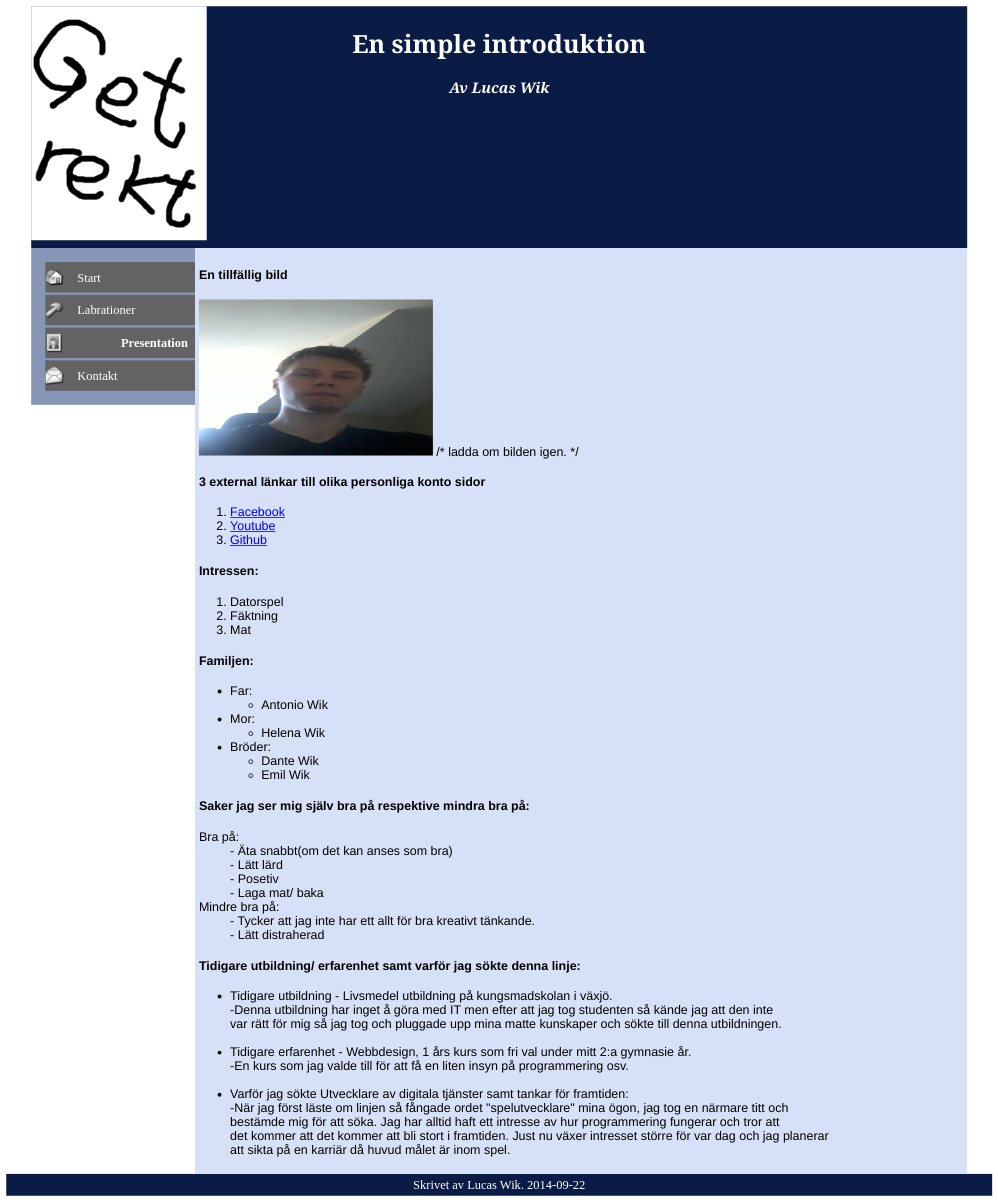
Repository: lw222gz/1ik415-laborationer
Page: Pages/presentation.html
The author's editor kept a record of every edit. The page is drawn from the files as they stood at one moment, then again after the next edit.
The browser window is 1280 px wide. The pictures show the whole page, at 78% of full size.

Above is the page before.

### Pages/presentation.html
<!doctype html>
<html lang="sv">
    <head>
        <meta charset="utf-8" />
        <link rel="stylesheet" media="print" href="../Css/print.css" />
        <link rel="stylesheet" media="only screen and (max-device-width: 480px)" href="../Css/Phone.css" />
        <link rel="stylesheet" href="../Css/Style.css" />

        <title>presentation</title>
    </head>
<body>
<div id="container">

<div id="header">
    <h1>En simple introduktion</h1>
    <h3>Av Lucas Wik</h3>
</div>

<div id="navigator">
<ul>
    <li><a id="Start-icon" href="../index.html">Start</a></li>
    <li><a id="Labrationer-icon" href="labrationer.html">Labrationer</a></li>
    <li class="active"><a id="Presentation-icon" href="presentation.html">Presentation</a></li>
    <li><a id="Kontakt-icon" href="kontakt.html">Kontakt</a></li>
</ul>
</div>

<div id="content">
    <h4>En tillfällig bild</h4>
    <a id="bild"></a><img src="../Css/Pics/selfie.jpg" style="width:300px;height:200px" alt="En bild på mig själv." /> /* ladda om bilden igen. */


<h4>3 external länkar till olika personliga konto sidor</h4>
<ol>
    <li><a href="https://www.facebook.com/profile.php?id=100005131395686">Facebook</a></li>
    <li><a href="https://www.youtube.com/user/Wowachihunter">Youtube</a></li>
    <li><a href="https://github.com/lw222gz">Github</a></li>
</ol>


<h4>Intressen:</h4>
<!--Vill gärna dra upp listan en rad upp, tycker avståndet är lite långt ifrån varandra, gäller för alla listor.-->
<ol>
    <li>Datorspel</li>
    <li>Fäktning</li>
    <li>Mat</li>
</ol>


<p></p>


<h4>Familjen:</h4>
<ul>
    <li>Far:
        <ul>
            <li>Antonio Wik</li>
        </ul>
    </li>
    <li>Mor:
        <ul>
            <li>Helena Wik</li>
        </ul>
    </li>
    <li>Bröder:
        <ul>
            <li>Dante Wik</li>
            <li>Emil Wik</li>
        </ul>
    </li>
</ul>





<h4>Saker jag ser mig själv bra på respektive mindra bra på:</h4>
<dl>
    <dt>Bra på:</dt>
        <dd>- Äta snabbt(om det kan anses som bra)</dd>
        <dd>- Lätt lärd</dd>
        <dd>- Posetiv</dd>
        <dd>- Laga mat/ baka</dd>



    <dt>Mindre bra på:</dt>
        <dd>- Tycker att jag inte har ett allt för bra kreativt tänkande.</dd>
        <dd>- Lätt distraherad</dd>

</dl>





<h4>Tidigare utbildning/ erfarenhet samt varför jag sökte denna linje:</h4>
<ul>
    <li>Tidigare utbildning - Livsmedel utbildning på kungsmadskolan i växjö.<br />
        -Denna utbildning har inget å göra med IT men efter att jag tog studenten så kände jag att den inte <br />
        var rätt för mig så jag tog och pluggade upp mina matte kunskaper och sökte till denna utbildningen. <br /><br />
    </li>



    <li>Tidigare erfarenhet - Webbdesign, 1 års kurs som fri val under mitt 2:a gymnasie år. <br />
        -En kurs som jag valde till för att få en liten insyn på programmering osv. <br /><br />
    </li>



    <li>Varför jag sökte Utvecklare av digitala tjänster samt tankar för framtiden: <br />
        -När jag först läste om linjen så fångade ordet "spelutvecklare" mina ögon, jag tog en närmare titt och <br />
        bestämde mig för att söka. Jag har alltid haft ett intresse av hur programmering fungerar och tror att <br />
        det kommer att det kommer att bli stort i framtiden. Just nu växer intresset större för var dag och jag planerar <br />
        att sikta på en karriär då huvud målet är inom spel.
    </li>
</ul>
</div>
</div>
<div id="footer">
    Skrivet av Lucas Wik. 2014-09-22
</div>
</body>
</html>

### Css/Style.css
#header {
        background-color:#0A1C46;
        color:white;
        height:300px;
        text-align:center;
        padding:5px;
        font-family:georgia;

        background-image:url(Pics/get%20rekt.png);
        background-position:top left;
        background-repeat: no-repeat;
        background-size:225px 300px;
        }

#navigator
        {

        float:left;
        width:200px;
        height:auto;
        background-color:#8795B6;
        color:black;
        padding:5px;
        }

#navigator a
        {
        text-indent:30px;
        background-image:url(Pics/sprite.png);
        background-repeat:no-repeat;
        }

#container
        {
        width:1200px;
        background-color:#304474;
        margin:0 auto;
        }

#content
        {
        float:right;
        margin:0px;
        width:980px;
        text-align:left;
        background-color:#D6E0F7;
        padding:5px;
        font-family: helvetica;
        }

#footer
        {
        clear:both;
        text-align:center;
        background-color:#0A1C46;
        color:white;
        padding:5px;
        }

#horizontal
        {
        height:1px;
        width:100%;
        margin-top:5px;
        margin-bottom:5px;
        background-color:#3D3D56;
        }


#navigator ul
        {
                margin:5px;
                padding:5px;
                width:200px;
                list-style-type:none;
        }

#navigator ul li a
        {
                text-decoration:none;
                color:white;
                margin:3px;
                padding:10.5px 11px;
                background-color:#636363;
                display:block;
        }

#navigator ul li a:visited
        {
                color:#0944CA;
        }

#navigator ul li a:hover, navigator ul li .current
        {
                 color:white;
                 background-color:#1C1D1F;
        }

#Start-icon { background-position:0 -40px; }

#Start-icon:hover { background-position:0 8px; }

#Labrationer-icon { background-position:0px -136px; }

#Labrationer-icon:hover { background-position:0px -88px; }

#Presentation-icon { background-position:0px -232px; }

#Presentation-icon:hover { background-position:0px -184px; }

#Kontakt-icon { background-position:0px -328px; }

#Kontakt-icon:hover { background-position:0px -280px; }


.active
{
     font-weight:bold;
     text-align:right;
}

.bild
{
        background-image:url(Pics/kugghjul.png);
        background-repeat: no-repeat;
        background-position:top left;
        background-size:25px 25px;
        text-indent:40px;
}

.right { float:right; }

h2
{
        font-style:italic;
        text-decoration:underline;
}

h3 { font-style:oblique; }

fieldset { width:300px; }

### Css/print.css
@media print {

    #navigator, #footer { display:none; }

    video { display:none; }

    a:link:after, a:visited:after { content:" [" attr(href) "] "; }
    a:link { font-weight: bold; text-decoration: underline; color: #06c; }

    body
    {
    background: white;
    line-height: 1.2;
    word-spacing: 1px;
    }

    #content { background: transparent; }

    .right
    {
        position:relative;
        top:500px;
        right: 150px;
    }

     .notshow { display:none; }
}

Loaded but not shown: Css/Phone.css (no copy from this time; the picture is the same without it)

After the next edit:
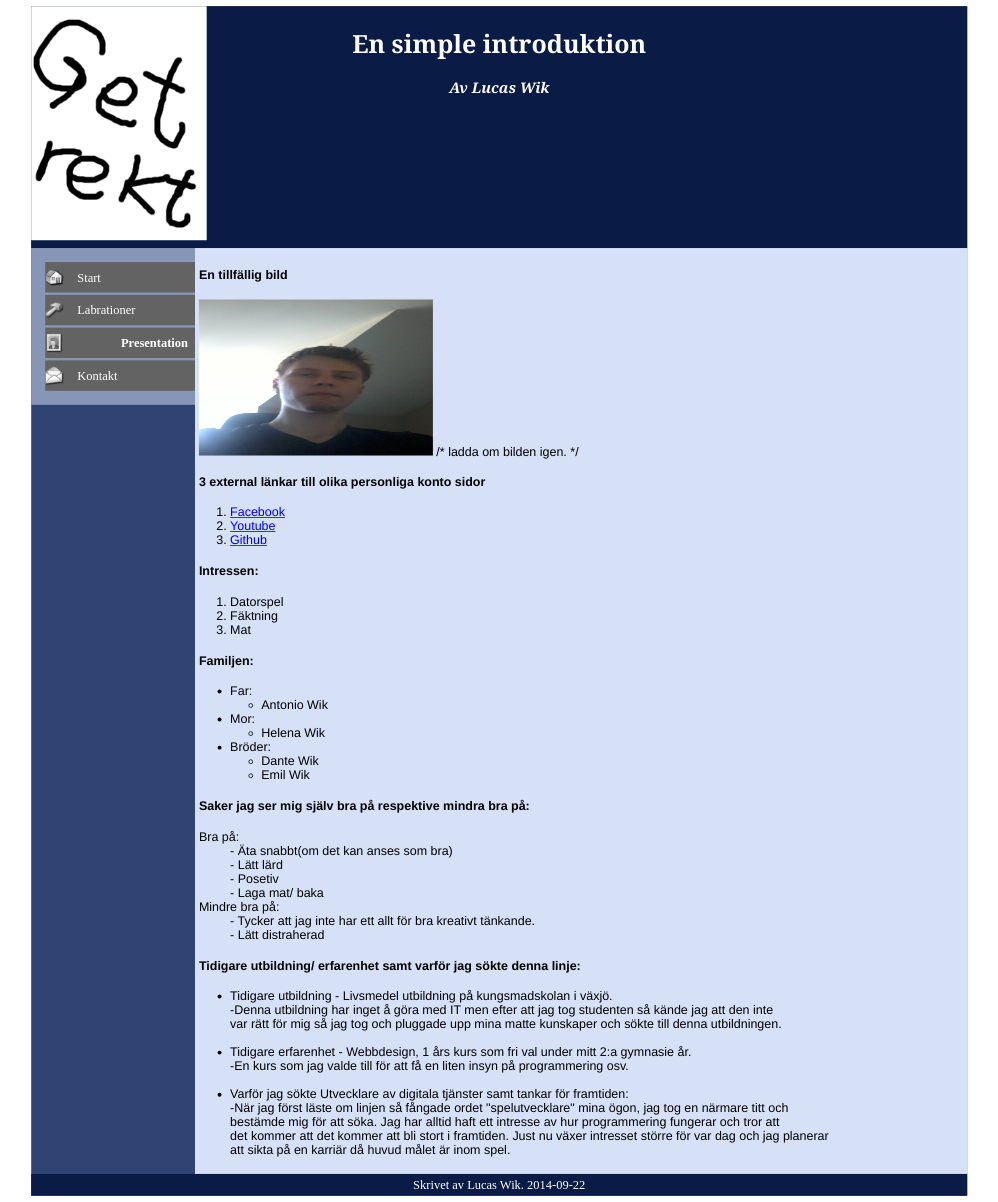
The edit:
--- a/Pages/presentation.html
+++ b/Pages/presentation.html
@@ -117,9 +117,10 @@
     </li>
 </ul>
 </div>
-</div>
 <div id="footer">
     Skrivet av Lucas Wik. 2014-09-22
 </div>
+</div>
+
 </body>
 </html>
